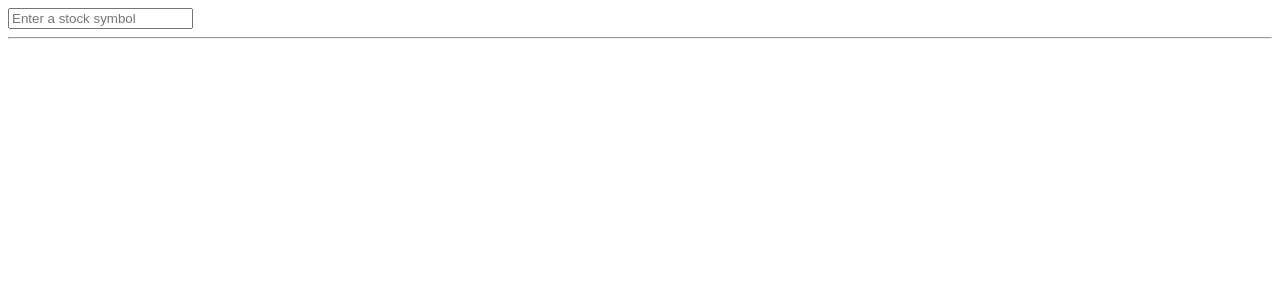
Repository: hadi4172/halal-stock-scanner
Page: popup.html
These files come from the project's save history. The page is drawn as it stood at one moment and after the next save; the edit follows.
The browser window is 1280 px wide. The pictures show the whole page.

Above is the page before, as saved 2020-09-24 13:25:49.

### popup.html
<!DOCTYPE html>
<html>
	<head>
		<title>Halal Stock Scanner</title>
		<meta charset="UTF-8">
		<script src="popup.js"></script>
		<link rel="stylesheet" type="text/css" href="popup.css">
	</head>

	<body>
        <div id=left>
            <input type=text maxlength=5 placeholder="Enter a stock symbol"/>
            <span class="btn search-btn"></span>
            <span class="btn settings-btn"></span>
            <span id=symbol></span>
            <span id=symbol></span>
            <span id=icon-is-correct-or-no></span>
            <hr>
            <span id=market></span>
            <span id=sector></span>
            <span id=debt-to-assets></span>
            <span id=intengible-assets-to-total-assets></span>
        </div>

        <div id=right>

        </div>
	</body>
</html>

Loaded but not shown: font-awesome/font-awesome.min.css (library); popup.js (no copy from this time; the picture is the same without it); popup.css (no stored copy; drawn as an empty file)

After the next save:
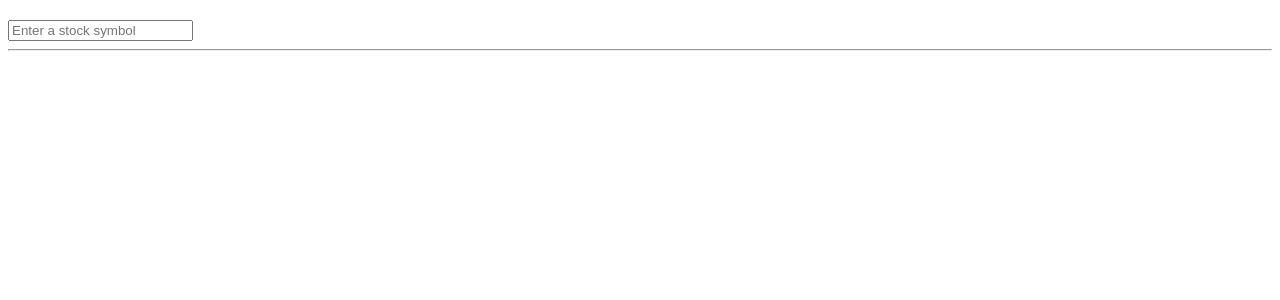
Saved 9 min 34 s later.
--- a/popup.html
+++ b/popup.html
@@ -3,18 +3,18 @@
 	<head>
 		<title>Halal Stock Scanner</title>
 		<meta charset="UTF-8">
-		<script src="popup.js"></script>
+        <script src="popup.js"></script>
+        <link rel="stylesheet" href="font-awesome/font-awesome.min.css">
 		<link rel="stylesheet" type="text/css" href="popup.css">
 	</head>
 
 	<body>
         <div id=left>
             <input type=text maxlength=5 placeholder="Enter a stock symbol"/>
-            <span class="btn search-btn"></span>
-            <span class="btn settings-btn"></span>
+            <i id=search-btn class="fa fa-trash fa-2x"></i>
+            <i id=settings-btn class="fa fa-trash fa-2x"></i>
             <span id=symbol></span>
-            <span id=symbol></span>
-            <span id=icon-is-correct-or-no></span>
+            <i id=icon-is-correct-or-no class="fa fa-trash fa-2x"></i>
             <hr>
             <span id=market></span>
             <span id=sector></span>
